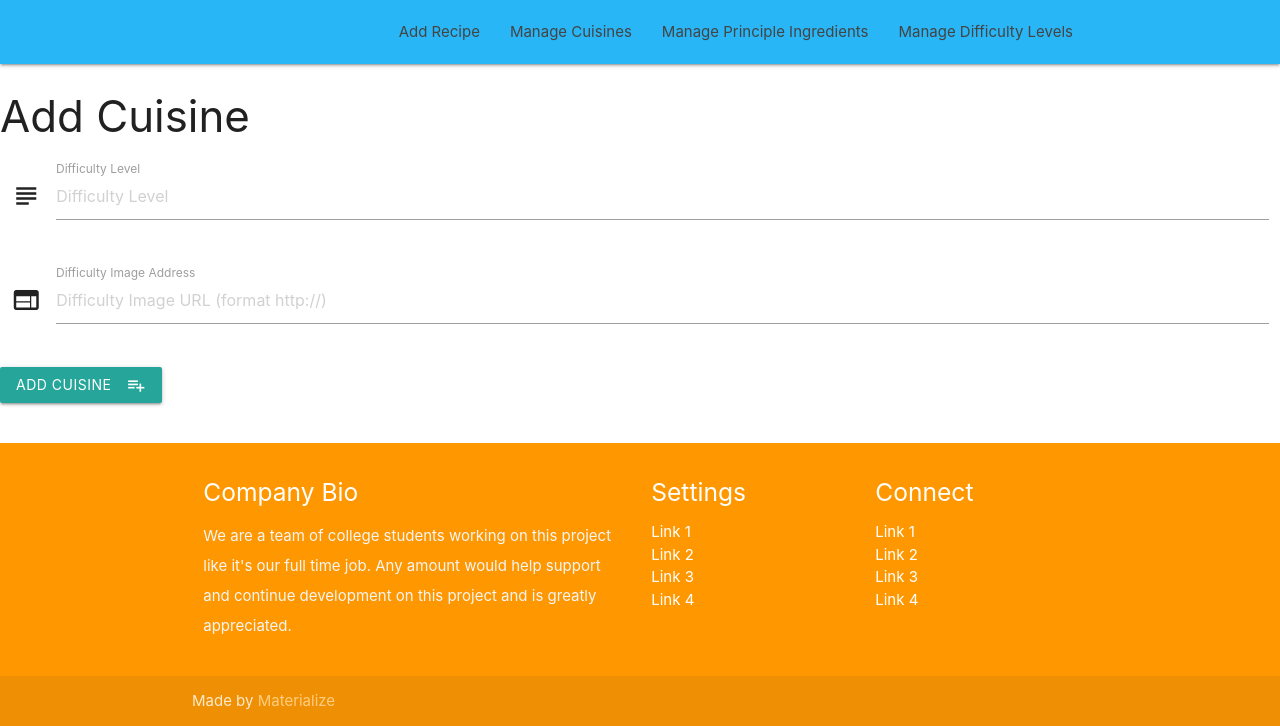
Repository: keefm6776/cookery-website
Page: templates/add_difficulty.html
The author's editor kept a record of every edit. The page is drawn from the files as they stood at one moment, then again after the next edit.
The browser window is 1280 px wide. The pictures show the whole page.
The page is served by the project's application, run on Flask 3 (app.py). The template is opened directly, without the code that normally fills it, so the values that code supplies are empty.

Above is the page before.

### templates/add_difficulty.html
{% extends 'base.html' %} {% block content %}

<h3>Add Cuisine</h3>

<div class="row">
    <form action="{{url_for('insert_difficulty')}}" method="POST" class="col s12">
        <div class="row">
            <div class="input-field col s12">
                <i class="material-icons prefix">subject</i>
                <label>Difficulty Level</label>
                <input placeholder="Difficulty Level" id="level" name="level" type="text" class="validate">
            </div>
            <!-- input-field -->
        </div>
        <!-- Row -->

         <div class="row">
            <div class="input-field col s12">
                <i class="material-icons prefix">web</i>
                <label>Difficulty Image Address</label>
                <input placeholder="Difficulty Image URL (format http://)" id="image_url" name="image_url" type="url" class="validate">
            </div>
            <!-- input-field -->
        </div>
        <!-- Row -->

        <div class="row">
            <button class="btn waves-effect waves-light" type="submit" name="action">Add Cuisine
                <i class="material-icons right">playlist_add</i>
            </button>
        </div>
        <!--Row-->

    </form>
</div>
<!-- Row -->

{% endblock %}

### templates/base.html
<!DOCTYPE html>
<html lang="en">

<head>
  <meta http-equiv="Content-Type" content="text/html; charset=UTF-8" />
  <meta name="viewport" content="width=device-width, initial-scale=1" />
  <title>Cookbook Website</title>

  <!--Load links to CSS files for materialize and my own-->
  <link href="https://fonts.googleapis.com/icon?family=Material+Icons" rel="stylesheet">
  <link rel="stylesheet" href="{{url_for('static', filename='css/materialize.min.css')}}" type="text/css">
  <link rel="stylesheet" href="{{url_for('static', filename='css/style.css')}}" type="text/css">
</head>

<body>


  <nav class="light-blue lighten-1" role="navigation">
    <div class="nav-wrapper container"><a id="logo-container" href="{{url_for('static', filename='images/earth.jpg')}}" class="brand-logo"></a>
      <ul class="right hide-on-med-and-down">
        <li><a href="{{url_for('add_recipe')}}">Add Recipe</a></li>
        <li><a href="{{url_for('manage_cuisines')}}">Manage Cuisines</a></li>
        <li><a href="{{url_for('get_principles')}}">Manage Principle Ingredients</a></li>
        <li><a href="{{url_for('get_difficulties')}}">Manage Difficulty Levels</a></li>
      </ul>

      <ul id="nav-mobile" class="sidenav">
        <li><a href="{{url_for('add_recipe')}}">Add Recipe</a></li>
        <li><a href="{{url_for('manage_cuisines')}}">Manage Cuisines</a></li>
        <li><a href="{{url_for('get_principles')}}">Manage Principle Ingredients</a></li>
        <li><a href="{{url_for('get_difficulties')}}">Manage Difficulty Levels</a></li>
      </ul>
      <a href="#" data-target="nav-mobile" class="sidenav-trigger"><i class="material-icons">menu</i></a>
    </div>
  </nav>

  {% block content %} {% endblock %}

  <footer class="page-footer orange">
    <div class="container">
      <div class="row">
        <div class="col l6 s12">
          <h5 class="white-text">Company Bio</h5>
          <p class="grey-text text-lighten-4">We are a team of college students working on this project like it's our full time job. Any amount would help support and continue development on this project and is greatly appreciated.</p>


        </div>
        <div class="col l3 s12">
          <h5 class="white-text">Settings</h5>
          <ul>
            <li><a class="white-text" href="#!">Link 1</a></li>
            <li><a class="white-text" href="#!">Link 2</a></li>
            <li><a class="white-text" href="#!">Link 3</a></li>
            <li><a class="white-text" href="#!">Link 4</a></li>
          </ul>
        </div>
        <div class="col l3 s12">
          <h5 class="white-text">Connect</h5>
          <ul>
            <li><a class="white-text" href="#!">Link 1</a></li>
            <li><a class="white-text" href="#!">Link 2</a></li>
            <li><a class="white-text" href="#!">Link 3</a></li>
            <li><a class="white-text" href="#!">Link 4</a></li>
          </ul>
        </div>
      </div>
    </div>
    <div class="footer-copyright">
      <div class="container">
        Made by <a class="orange-text text-lighten-3" href="http://materializecss.com">Materialize</a>
      </div>
    </div>
  </footer>



  <!--JavaScript at end of body for optimized loading-->
  <script type="text/javascript" src="{{url_for('static', filename='js/jquery.js')}}"></script>
  <script type="text/javascript" src="{{url_for('static', filename='js/init.js')}}"></script>
  <script type="text/javascript" src="{{url_for('static', filename='js/materialize.min.js')}}"></script>
  <script type="text/javascript">
    $(document).ready(function() {
      $('select').formSelect();
    });
  </script>

</body>



<footer>

</footer>

</html>

### app.py
import os
from flask import Flask, render_template, redirect, request, url_for
from flask_pymongo import PyMongo
from bson.objectid import ObjectId

app = Flask(__name__)
app.config["MONGO_DBNAME"] = 'cookbook'
app.config["MONGO_URI"] = 'mongodb+srv://root:31Wirpbj6677@cookery-website-xysxa.mongodb.net/cookbook?retryWrites=true&w=majority'

mongo = PyMongo(app)

################################################################################### Recipe Operations

@app.route('/')
@app.route('/get_recipes')
def get_recipes():
    all_recipes=mongo.db.recipes.find()
    return render_template("list_recipes.html", recipes=all_recipes)

@app.route('/add_recipe')
def add_recipe():
    all_difficulties=mongo.db.difficulty_levels.find()
    all_cuisines=mongo.db.cuisine_type.find()
    all_principles=mongo.db.principle_ingredients.find()
    return render_template("add_recipe.html", difficulties=all_difficulties, cuisines=all_cuisines, principles=all_principles)

@app.route('/insert_recipe', methods=['POST'])
def insert_recipe():
    recipes = mongo.db.recipes
    recipes.insert_one(request.form.to_dict())
    return redirect(url_for('get_recipes'))

@app.route('/view_recipe/<recipe_id>')
def view_recipe(recipe_id):
    this_recipe=mongo.db.recipes.find_one({"_id": ObjectId(recipe_id)})
    all_cuisines=mongo.db.cuisine_type.find()
    return render_template('view_recipe.html', recipe=this_recipe, cuisines=all_cuisines)

@app.route('/edit_recipe/<recipe_id>')
def edit_recipe(recipe_id):
    this_recipe =  mongo.db.recipes.find_one({"_id": ObjectId(recipe_id)})
    all_cuisines =  mongo.db.cuisine_type.find()
    all_principles =  mongo.db.principle_ingredients.find()
    all_difficulties = mongo.db.difficulty_levels.find()
    return render_template('edit_recipe.html', recipe=this_recipe, cuisines=all_cuisines, principles=all_principles, difficulties=all_difficulties)

@app.route('/update_recipe/<recipe_id>', methods=['POST'])
def update_recipe(recipe_id):
    recipes =  mongo.db.recipes
    recipes.update({'_id': ObjectId(recipe_id)},
    {'recipe_name': request.form.get('recipe_name'),
    'cuisine_type': request.form.get('cuisine_type'),
    'servings': request.form.get('servings'),
    'prep_time': request.form.get('prep_time'),
    'cook_time': request.form.get('cook_time'),
    'calories_per_serve': request.form.get('calories_per_serve'),
    'difficulty': request.form.get('difficulty'),
    'blurb': request.form.get('blurb'),
    'isfreezable': request.form.get('isfreezable'),
    'ishealthy': request.form.get('ishealthy'),
    'isvegan': request.form.get('isvegan'),
    'isvegetarian': request.form.get('isvegetarian'),
    'ingredients': request.form.get('ingredients'),
    'method': request.form.get('method'),
    'principle_ingredient': request.form.get('principle_ingredient'),
    'contributor': request.form.get('contributor'),
    'image_url': request.form.get('image_url')
    })
    return redirect(url_for('get_recipes'))

@app.route('/delete_recipe/<recipe_id>')
def delete_recipe(recipe_id):
    mongo.db.recipes.remove({'_id': ObjectId(recipe_id)})
    return redirect(url_for('get_recipes'))

######################################################################## Cuisine Operations


@app.route('/manage_cuisines')
def manage_cuisines():
    all_cuisines=mongo.db.cuisine_type.find()
    return render_template("manage_cuisines.html", cuisines=all_cuisines)

@app.route('/add_cuisine')
def add_cuisine():
    all_cuisines=mongo.db.cuisine_type.find()
    return render_template("add_cuisine.html", cuisines=all_cuisines)

@app.route('/edit_cuisine/<cuisine_id>')
def edit_cuisine(cuisine_id):
    this_cuisine =  mongo.db.recipes.find_one({"_id": ObjectId(cuisine_id)})
    return render_template("edit_cuisine.html", cuisine=this_cuisine)

@app.route('/delete_cuisine/<cuisine_id>')
def delete_cuisine(cuisine_id):
    mongo.db.cuisine_type.remove({'_id': ObjectId(cuisine_id)})
    return redirect(url_for('manage_cuisines'))

@app.route('/insert_cuisine', methods=['POST'])
def insert_cuisine():
    cuisines = mongo.db.cuisine_type
    cuisines.insert_one(request.form.to_dict())
    return redirect(url_for('manage_cuisines'))

@app.route('/update_cuisine/<cuisine_id>', methods=['POST'])
def update_cuisine(cuisine_id):
    cuisines =  mongo.db.cuisine_type
    cuisines.update({'_id': ObjectId(cuisine_id)},
    {'name': request.form.get('name'),
    'flag_image': request.form.get('flag_image')
    })
    return redirect(url_for('manage_cuisines'))

######################################################################## Principle Ingredient Operations

@app.route('/get_principles')
def get_principles():
    all_principles=mongo.db.principle_ingredients.find()
    return render_template("manage_principles.html", principles=all_principles)

@app.route('/delete_principle/<principle_id>')
def delete_principle(principle_id):
    mongo.db.principle_ingredients.remove({'_id': ObjectId(principle_id)})
    return redirect(url_for('manage_principles'))

######################################################################## Principle Ingredient Operations

@app.route('/get_difficulties')
def get_difficulties():
    all_difficulties=mongo.db.difficulty_levels.find()
    return render_template("manage_difficulties.html", difficulties=all_difficulties)

@app.route('/delete_difficulty/<difficulty_id>')
def delete_difficulty(difficulty_id):
    mongo.db.difficulty_levels.remove({'_id': ObjectId(difficulty_id)})
    return redirect(url_for('get_difficulties'))

#################################################################################################






if __name__ == '__main__':
    app.run(host=os.environ.get('IP'),
            port=int(os.environ.get('PORT')),
            debug=True)

### static/css/style.css
/* Custom Stylesheet */
/**
 * Use this file to override Materialize files so you can update
 * the core Materialize files in the future
 *
 * Made By MaterializeCSS.com
 */

nav ul a,
nav .brand-logo {
  color: #444;
}

p {
  line-height: 2rem;
}

.sidenav-trigger {
  color: #26a69a;
}

.parallax-container {
  min-height: 380px;
  line-height: 0;
  height: auto;
  color: rgba(255,255,255,.9);
}
  .parallax-container .section {
    width: 100%;
  }

@media only screen and (max-width : 992px) {
  .parallax-container .section {
    position: absolute;
    top: 40%;
  }
  #index-banner .section {
    top: 10%;
  }
}

@media only screen and (max-width : 600px) {
  #index-banner .section {
    top: 0;
  }
}

.icon-block {
  padding: 0 15px;
}
.icon-block .material-icons {
  font-size: inherit;
}

footer.page-footer {
  margin: 0;
}

### static/js/init.js
(function($){
  $(function(){

    $('.sidenav').sidenav();

  }); // end of document ready
})(jQuery); // end of jQuery name space

Loaded but not shown: static/css/materialize.min.css (library); static/js/jquery.js (library); static/js/materialize.min.js (library)

After the next edit:
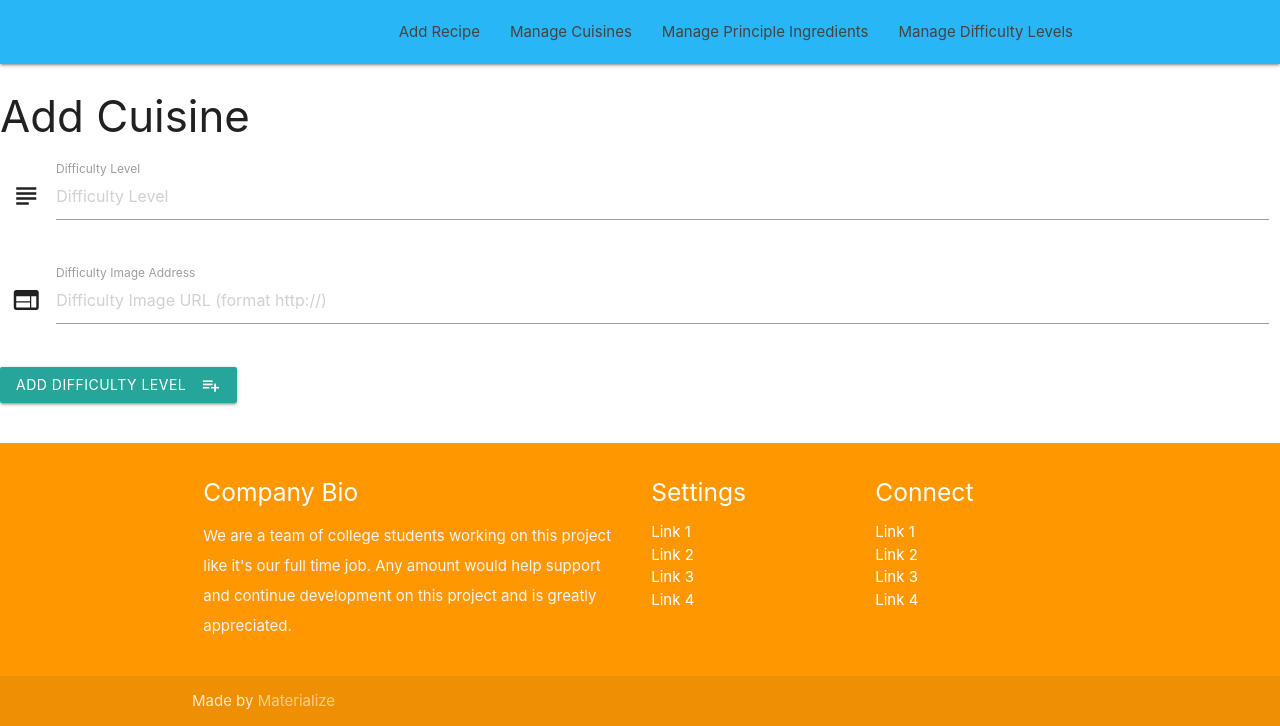
The edit:
--- a/templates/add_difficulty.html
+++ b/templates/add_difficulty.html
@@ -25,7 +25,7 @@
         <!-- Row -->
 
         <div class="row">
-            <button class="btn waves-effect waves-light" type="submit" name="action">Add Cuisine
+            <button class="btn waves-effect waves-light" type="submit" name="action">Add Difficulty Level
                 <i class="material-icons right">playlist_add</i>
             </button>
         </div>
